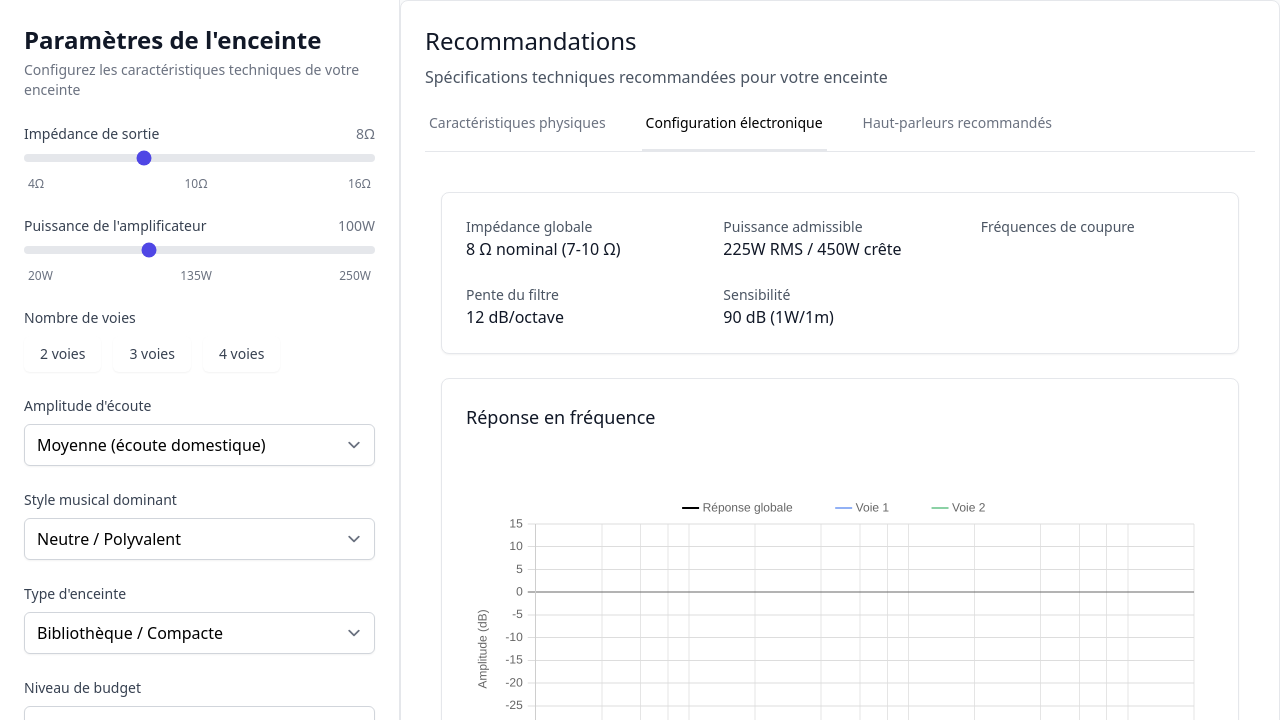
Repository: flobutbut/AcuoTune
Page: /, after clicking the first element matching `nav.flex > :nth-child(2)`
The author's editor kept a copy of each file at every save. The page is drawn from the files as they stood at one save, then again after the next save.
The browser window is 1280 px wide. The pictures show the whole page.
An inner scrolling area shows only its first screen. The project was rebuilt for these pictures with package versions that can differ from the ones it lists, and the page was loaded fresh each time. Also part of the build but not shown: vite.config.ts, src/components/configurateur/recommendations/SpeakersTab.vue.

Above is the page before, as saved 2025-02-28 15:14:08.

After the next save:
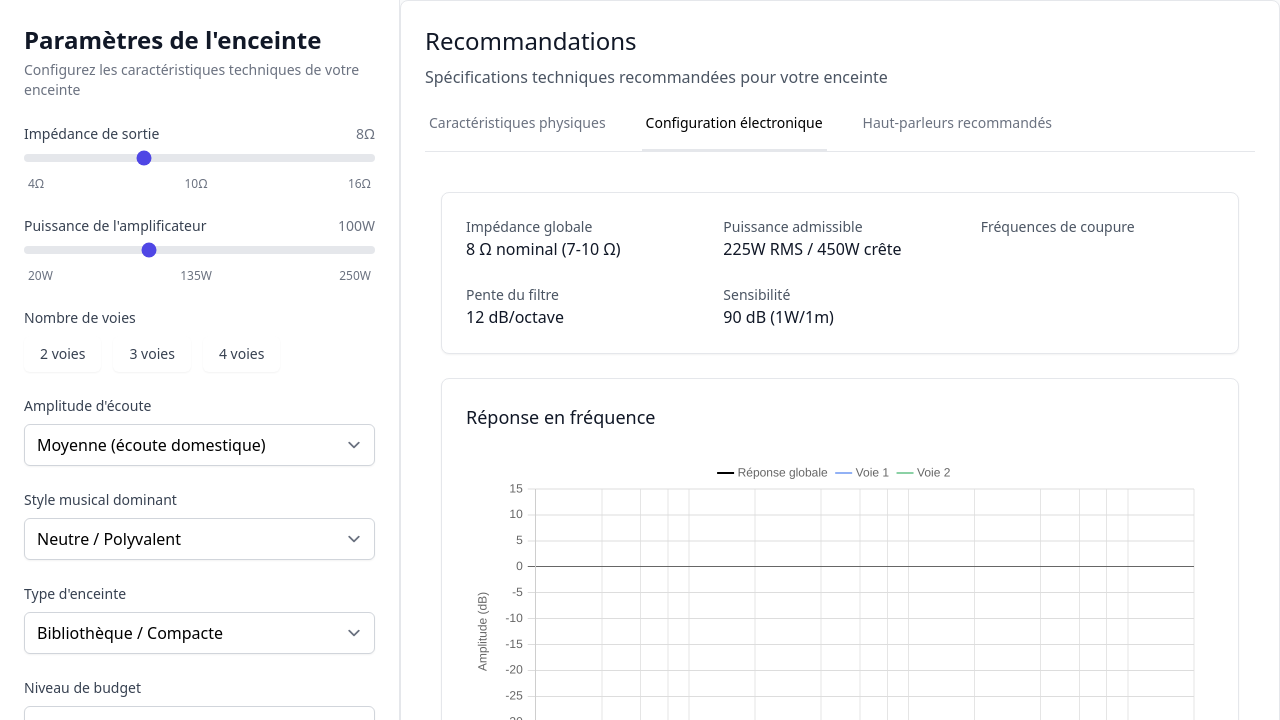
Saved 70 s later.
--- a/src/components/configurateur/FrequencyResponseChart.vue
+++ b/src/components/configurateur/FrequencyResponseChart.vue
@@ -168,8 +168,9 @@ function createChart() {
             usePointStyle: true,
             pointStyle: 'line',
             boxWidth: 40,
-            padding: 45
-          }
+            padding: 10
+          },
+          margin: 50
         },
         tooltip: {
           mode: 'index',
